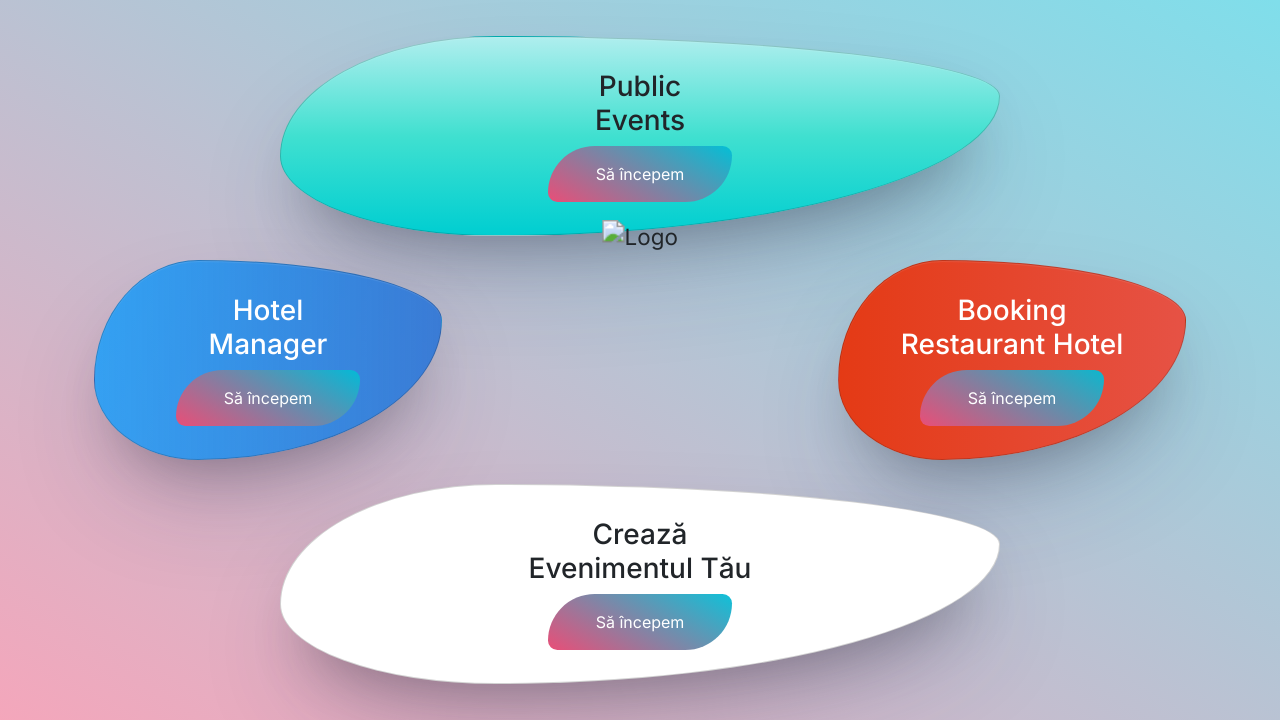
Repository: cosmin05072018/fantastic-events-manager
Page: http://localhost/
These files come from the project's save history. The page is drawn as it stood at one moment and after the next save; the edit follows.
The browser window is 1280 px wide. The pictures show the whole page.
The page is served by the project's Laravel application, run on PHP 8.4 with Laravel 10. Other server files are loaded and not shown.

Above is the page before, as saved 2024-11-03 15:27:48.
Console error: ReferenceError: particlesJS is not defined

### routes/web.php
<?php

use App\Http\Controllers\ProfileController;
use Illuminate\Support\Facades\Route;

/*
|--------------------------------------------------------------------------
| Web Routes
|--------------------------------------------------------------------------
|
| Here is where you can register web routes for your application. These
| routes are loaded by the RouteServiceProvider and all of them will
| be assigned to the "web" middleware group. Make something great!
|
*/

Route::get('/', function () {
    return view('startApp');
});

Route::get('/dashboard', function () {
    return view('dashboard');
})->middleware(['auth', 'verified'])->name('dashboard');

Route::middleware('auth')->group(function () {
    Route::get('/profile', [ProfileController::class, 'edit'])->name('profile.edit');
    Route::patch('/profile', [ProfileController::class, 'update'])->name('profile.update');
    Route::delete('/profile', [ProfileController::class, 'destroy'])->name('profile.destroy');
});

require __DIR__.'/auth.php';

### public/css/custom.css
@import url("https://fonts.googleapis.com/css2?family=Inter:ital,opsz,wght@0,14..32,100..900;1,14..32,100..900&family=Open+Sans:ital,wght@0,300..800;1,300..800&display=swap");

:root {
    --white: #ffffff;
    --public-events: linear-gradient(to bottom, #afeeee, #40e0d0, #00ced1);
    --hotel-manager: linear-gradient(to right, #0099ffc0, #3a7bd5);
    --booking: linear-gradient(to right, #e43a15, #e65245);
}

* {
    box-sizing: border-box;
    padding: 0;
    margin: 0;
    font-family: "Inter", sans-serif;
}

body {
    background-repeat: no-repeat;
    background-size: cover;
    background-image: linear-gradient(
        30deg,
        hsla(344, 78%, 61%, 0.5),
        hsla(187, 100%, 42%, 0.5)
    );
}

.card {
    border-radius: 30% 70% 70% 30% / 60% 30% 70% 40%;
    height: 200px !important;
    transition: 0.4s linear;
    box-shadow: rgba(255, 255, 255, 0.1) 0px 1px 1px 0px inset,
        rgba(50, 50, 93, 0.25) 0px 50px 100px -20px,
        rgba(0, 0, 0, 0.3) 0px 30px 60px -30px;
}

.logo-img {
    transition: 0.4s linear;
    transform: scale(1.4);
    z-index: 1;
}

.logo-img img:hover {
    transform: scale(2.5);
}

.card:hover {
    transform: scale(1.1);
}

.btns-first-page {
    border: 0px !important;
    background: linear-gradient(
        30deg,
        hsl(344, 78%, 61%),
        hsla(187, 100%, 42%, 0.942)
    );
    color: var(--white);
    border-radius: 50px 10px 50px 10px;
}

.btns-first-page a{
    color: var(--white);
    text-decoration: none !important;
}

.public-events {
    background: var(--public-events);
}

.hotel-manager {
    background: var(--hotel-manager);
}

.booking {
    background: var(--booking);
}

Loaded but not shown: routes/auth.php (common file); app/Http/Controllers/Auth/EmailVerificationPromptController.php (common file); app/Http/Controllers/Controller.php (common file); app/Http/Controllers/Auth/VerifyEmailController.php (common file); public/css/bootstrap.min.css (library); public/js/jquery.js (library); public/js/bootstrap.bundle.min.js (library); public/js/custom.js (133 lines, source omitted); resources/views/startApp.blade.php (927 lines, source omitted)

After the next save:
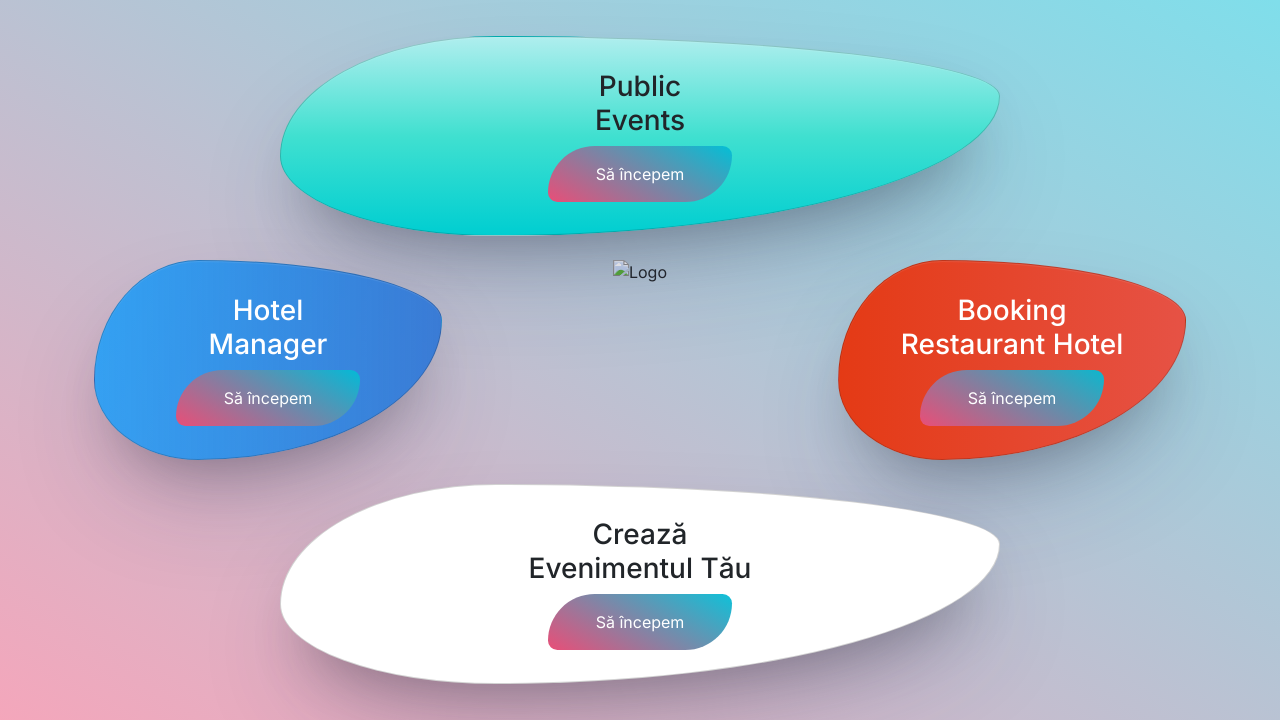
Saved 26 s later.
--- a/public/css/custom.css
+++ b/public/css/custom.css
@@ -33,7 +33,7 @@
         rgba(0, 0, 0, 0.3) 0px 30px 60px -30px;
 }
 
-.logo-img {
+.logo-img img {
     transition: 0.4s linear;
     transform: scale(1.4);
     z-index: 1;

After the 2 saves that followed:
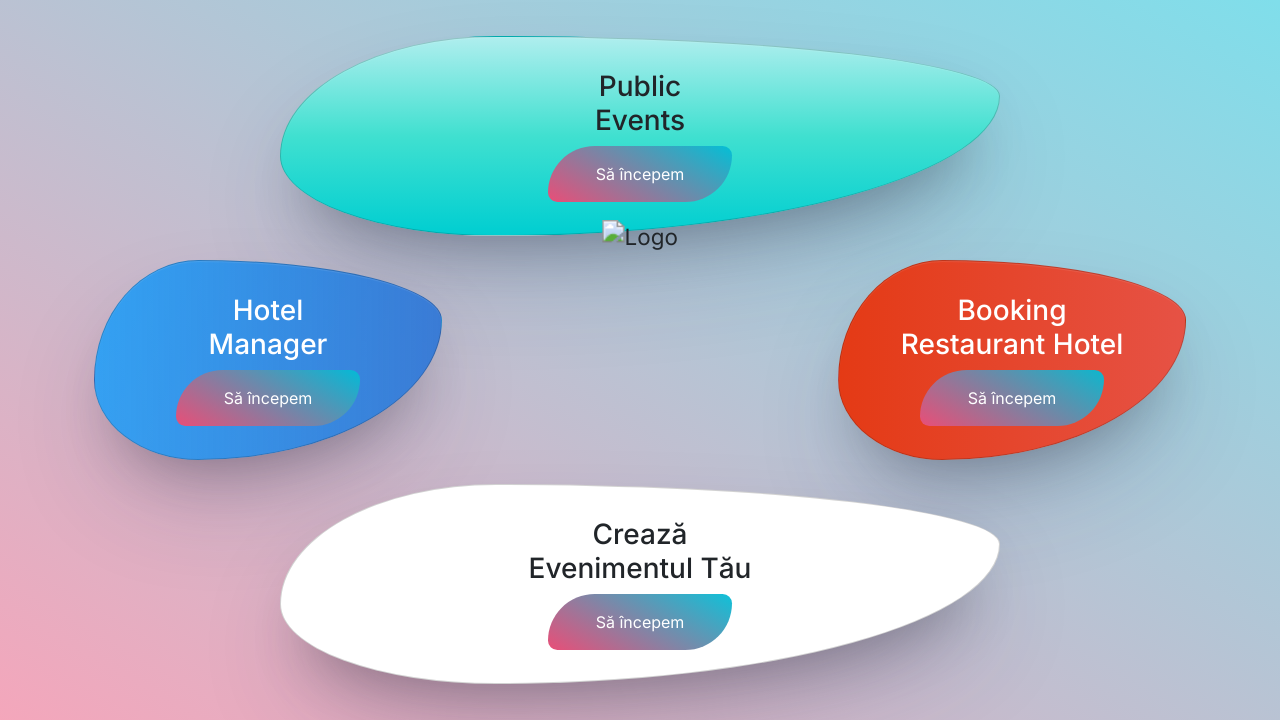
The 2 saves are shown as one change because 1 left the picture as it was.
The last was saved 23 s later.
--- a/public/css/custom.css
+++ b/public/css/custom.css
@@ -33,7 +33,7 @@
         rgba(0, 0, 0, 0.3) 0px 30px 60px -30px;
 }
 
-.logo-img img {
+.logo-img  {
     transition: 0.4s linear;
     transform: scale(1.4);
     z-index: 1;
